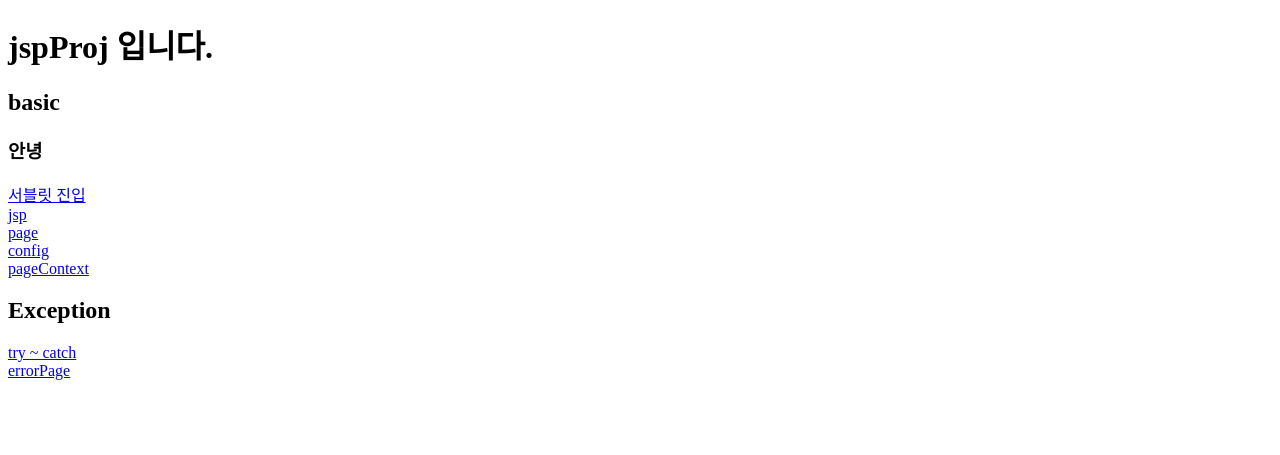
Repository: pshho/newJspProject
Page: http://localhost/JspProj/
These files come from the project's save history. The page is drawn as it stood at one moment and after the next save; the edit follows.
The browser window is 1280 px wide. The pictures show the whole page.
The page is served by Tomcat 9.

Above is the page before, as saved 2023-07-26 02:34:03.

After the next save:
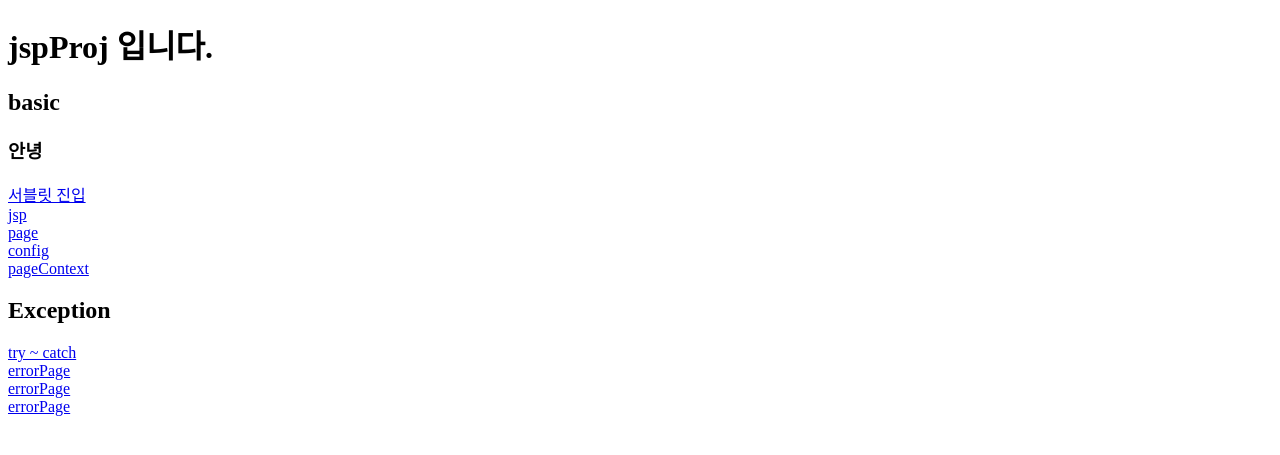
Saved 2 min 30 s later.
--- a/JspProj/src/main/webapp/index.jsp
+++ b/JspProj/src/main/webapp/index.jsp
@@ -18,5 +18,7 @@
 	<h2>Exception</h2>
 	<a href="err/aaa.jsp">try ~ catch</a><br/>
 	<a href="err/bbb.jsp">errorPage</a><br/>
+	<a href="err/ccc.jsp">errorPage</a><br/>
+	<a href="err/ddd.jsp">errorPage</a><br/>
 </body>
 </html>
